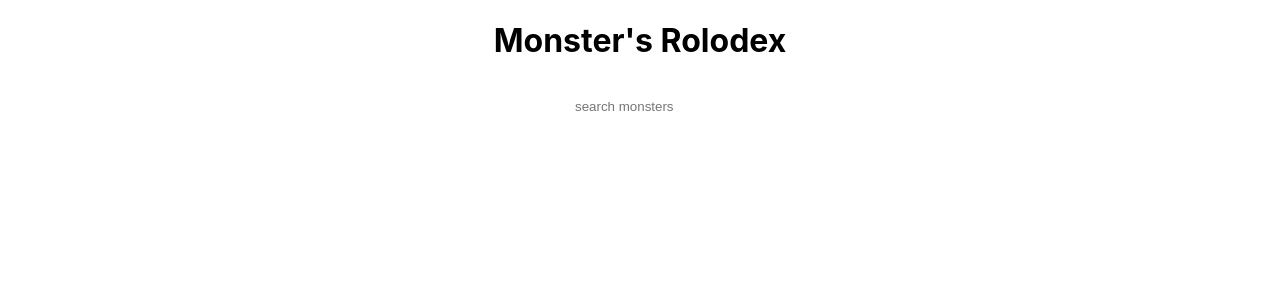
Repository: floatingman/monstersrolodex
Page: /
An editor plug-in stored every save of this project. The page is shown before and after the next save, followed by the edit.
The browser window is 1280 px wide. The pictures show the whole page.
The page's requests for data from a server got no answer. Some web fonts or font styles are not loaded; a fallback is used. The project was rebuilt for these pictures with package versions that can differ from the ones it lists, and the page was loaded fresh each time. No one was signed in, and anything a server would have sent is missing. Also part of the build but not shown: src/components/card/card.styles.css, src/components/card/card.component.jsx.

Above is the page before, as saved 2019-12-11 21:51:41.

After the next save:
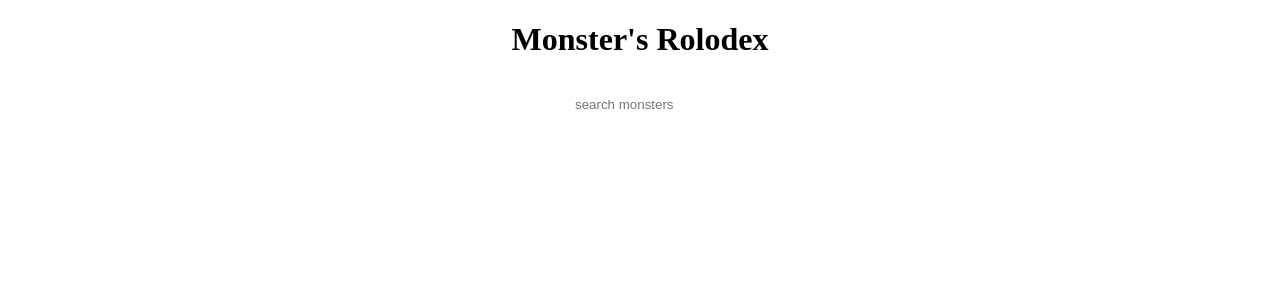
Saved 13 s later.
--- a/src/App.css
+++ b/src/App.css
@@ -3,5 +3,5 @@
 }
 
 h1 {
-  font
+  font-family: Bigelo;
 }
